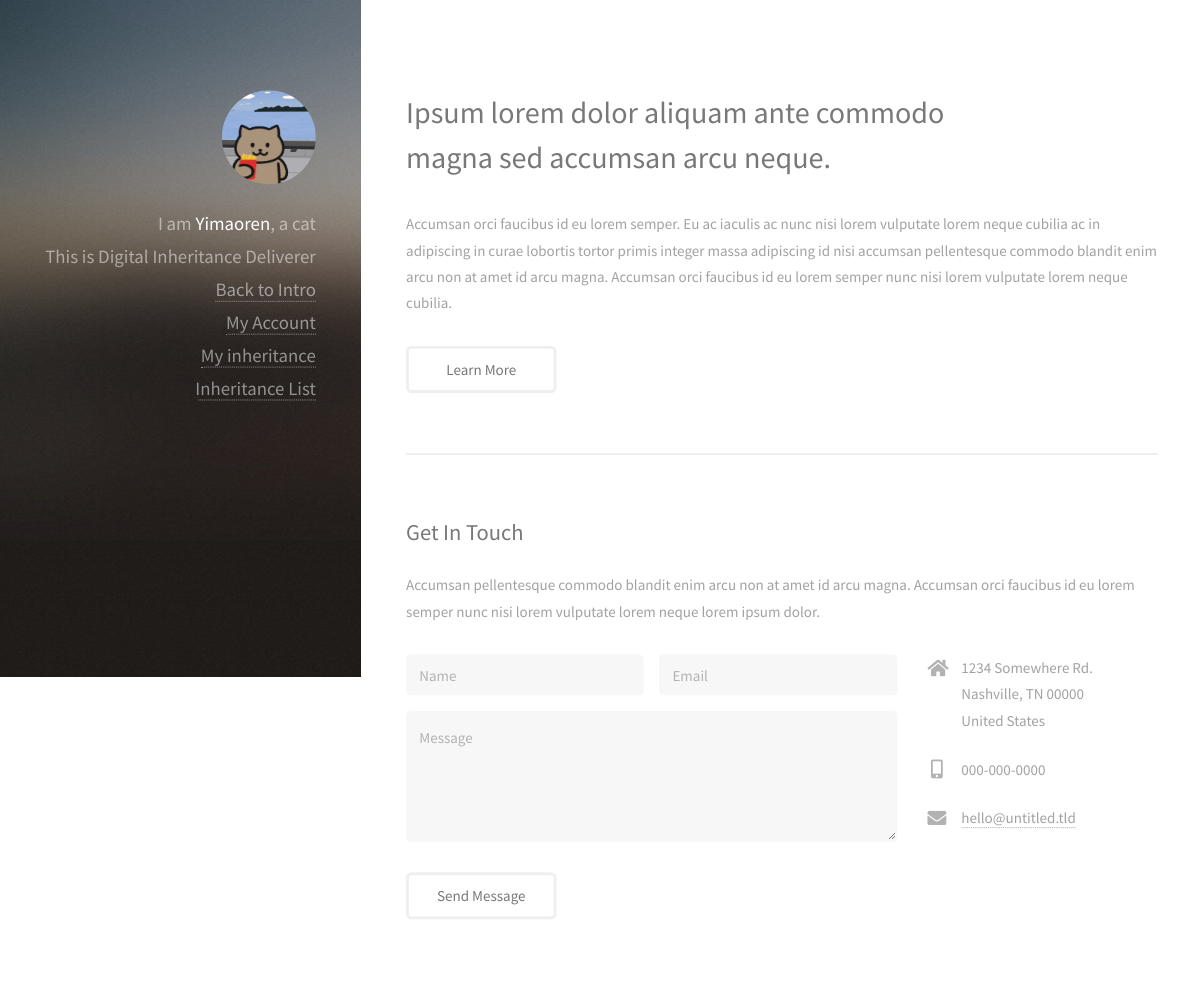
Repository: 1mocat/DID-blockchain-project
Page: Digital_I_D/app/src/myaccount.html
An editor plug-in stored every save of this project. The page is shown before and after the next save, followed by the edit.
The browser window is 1280 px wide. The pictures show the whole page, at 94% of full size.

Above is the page before, as saved 2023-10-01 14:03:17.

### Digital_I_D/app/src/myaccount.html
<!DOCTYPE HTML>
<html>
	<head>
		<title>Strata by HTML5 UP</title>
		<meta charset="utf-8" />
		<meta name="viewport" content="width=device-width, initial-scale=1, user-scalable=no" />
		<link rel="stylesheet" href="assets_account/css/main.css" />
	</head>
	<body class="is-preload">

		<!-- Header -->

		<header id="header">
			<div class="inner">
				<a href="#" class="image avatar"><img src="images/yimaoren.jpg" alt="" /></a>
				<h1>I am <strong>Yimaoren</strong>, a cat<br /></h1>
				<h1>This is Digital Inheritance Deliverer</h1>
				<h1><a href="index.html">Back to Intro</a></h1>
				<h1><a href="NFTList.html">My Account</a></h1>
				<h1><a href="NFTList.html">My inheritance</a></h1>
				<h1><a href="AuctionList.html">Inheritance List</a></h1>


			</div>
		</header>

		<!-- Main -->
			<div id="main">

				<!-- One -->
					<section id="one">
						<header class="major">
							<h2>Ipsum lorem dolor aliquam ante commodo<br />
							magna sed accumsan arcu neque.</h2>
						</header>
						<p>Accumsan orci faucibus id eu lorem semper. Eu ac iaculis ac nunc nisi lorem vulputate lorem neque cubilia ac in adipiscing in curae lobortis tortor primis integer massa adipiscing id nisi accumsan pellentesque commodo blandit enim arcu non at amet id arcu magna. Accumsan orci faucibus id eu lorem semper nunc nisi lorem vulputate lorem neque cubilia.</p>
						<ul class="actions">
							<li><a href="#" class="button">Learn More</a></li>
						</ul>
					</section>

				<!-- Three -->
					<section id="three">
						<h2>Get In Touch</h2>
						<p>Accumsan pellentesque commodo blandit enim arcu non at amet id arcu magna. Accumsan orci faucibus id eu lorem semper nunc nisi lorem vulputate lorem neque lorem ipsum dolor.</p>
						<div class="row">
							<div class="col-8 col-12-small">
								<form method="post" action="#">
									<div class="row gtr-uniform gtr-50">
										<div class="col-6 col-12-xsmall"><input type="text" name="name" id="name" placeholder="Name" /></div>
										<div class="col-6 col-12-xsmall"><input type="email" name="email" id="email" placeholder="Email" /></div>
										<div class="col-12"><textarea name="message" id="message" placeholder="Message" rows="4"></textarea></div>
									</div>
								</form>
								<ul class="actions">
									<li><input type="submit" value="Send Message" /></li>
								</ul>
							</div>
							<div class="col-4 col-12-small">
								<ul class="labeled-icons">
									<li>
										<h3 class="icon solid fa-home"><span class="label">Address</span></h3>
										1234 Somewhere Rd.<br />
										Nashville, TN 00000<br />
										United States
									</li>
									<li>
										<h3 class="icon solid fa-mobile-alt"><span class="label">Phone</span></h3>
										000-000-0000
									</li>
									<li>
										<h3 class="icon solid fa-envelope"><span class="label">Email</span></h3>
										<a href="#">hello@untitled.tld</a>
									</li>
								</ul>
							</div>
						</div>
					</section>



			</div>



		<!-- Scripts -->
			<script src="assets_account/js/jquery.min.js"></script>
			<script src="assets_account/js/jquery.poptrox.min.js"></script>
			<script src="assets_account/js/browser.min.js"></script>
			<script src="assets_account/js/breakpoints.min.js"></script>
			<script src="assets_account/js/util.js"></script>
			<script src="assets_account/js/main.js"></script>

	</body>
</html>

Loaded but not shown: Digital_I_D/app/src/assets_account/js/jquery.min.js (library); Digital_I_D/app/src/assets_account/css/fontawesome-all.min.css (library); Digital_I_D/app/src/assets_account/js/jquery.poptrox.min.js (library); Digital_I_D/app/src/assets_account/js/browser.min.js (common file); Digital_I_D/app/src/assets_account/js/breakpoints.min.js (common file); Digital_I_D/app/src/assets_account/js/util.js (587 lines, source omitted); Digital_I_D/app/src/assets_account/js/main.js (117 lines, source omitted); Digital_I_D/app/src/assets_account/css/main.css (3221 lines, source omitted)

After the next save:
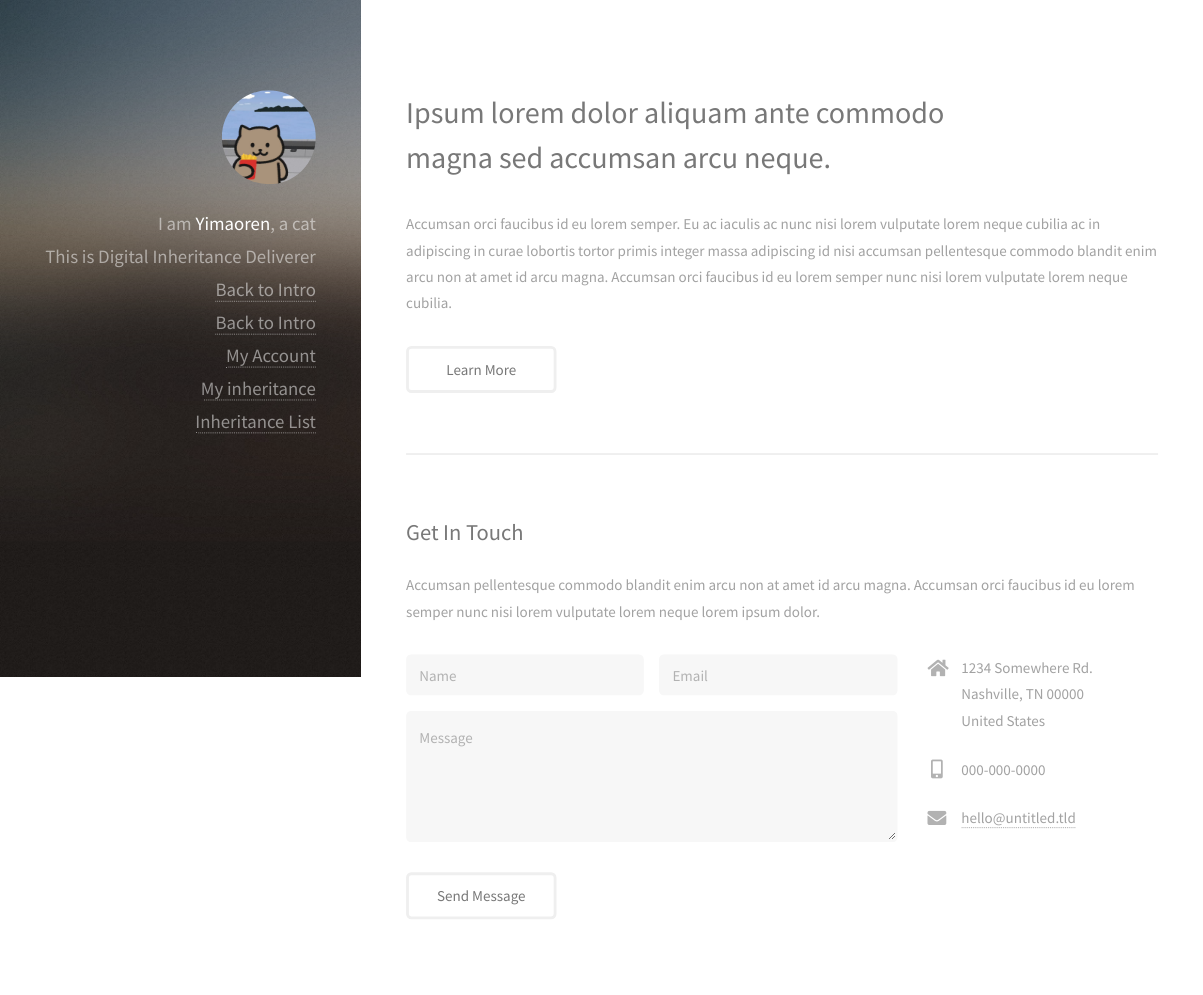
Saved 65 s later.
--- a/Digital_I_D/app/src/myaccount.html
+++ b/Digital_I_D/app/src/myaccount.html
@@ -15,6 +15,7 @@
 				<a href="#" class="image avatar"><img src="images/yimaoren.jpg" alt="" /></a>
 				<h1>I am <strong>Yimaoren</strong>, a cat<br /></h1>
 				<h1>This is Digital Inheritance Deliverer</h1>
+				<h1><a href="index.html">Back to Intro</a></h1>
 				<h1><a href="index.html">Back to Intro</a></h1>
 				<h1><a href="NFTList.html">My Account</a></h1>
 				<h1><a href="NFTList.html">My inheritance</a></h1>
